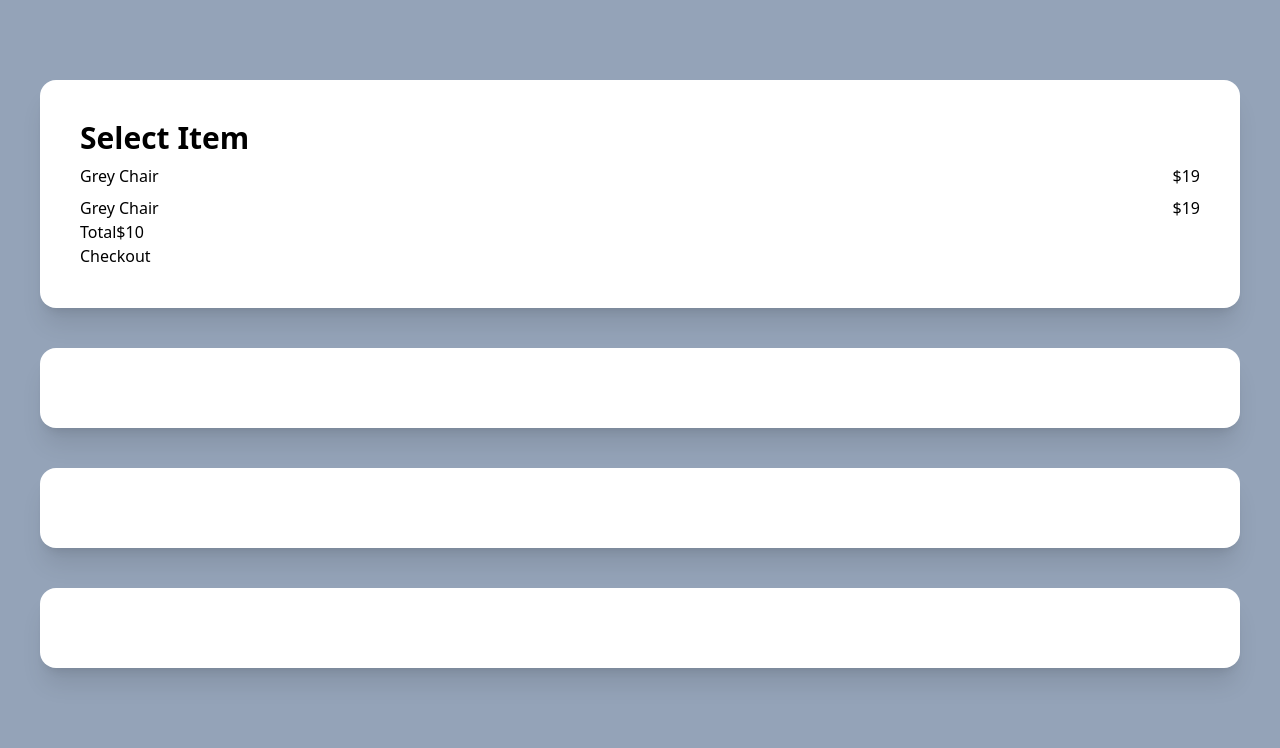
Repository: pjk0007/nextjs-carrot-marcket
Page: /
These files come from the project's save history. The page is drawn as it stood at one moment and after the next save; the edit follows.
The browser window is 1280 px wide. The pictures show the whole page.
The project was rebuilt for these pictures with package versions that can differ from the ones it lists, and the page was loaded fresh each time. The framework's server and built-in components were replaced by stand-ins that run in the browser. Also part of the build but not shown: next.config.js.

Above is the page before, as saved 2022-04-30 12:58:24.

### pages/index.tsx
import type { NextPage } from 'next'
const Home: NextPage = () => {
  return (
    <div className='bg-slate-400 py-20 px-10 grid gap-10'>
      <div className='bg-white p-10 rounded-2xl shadow-xl'>
        <span className='font-semibold text-3xl'>Select Item</span>
        <div className='flex justify-between my-2'>
          <span text-grey-500>Grey Chair</span>
          <span>$19</span>
        </div>
        <div className='flex justify-between'>
          <span text-grey-500>Grey Chair</span>
          <span>$19</span>
        </div>
        <div>
          <span>Total</span>
          <span>$10</span>
        </div>
        <div>Checkout</div>
      </div>
      <div className='bg-white p-10 rounded-2xl shadow-xl'></div>
      <div className='bg-white p-10 rounded-2xl shadow-xl'></div>
      <div className='bg-white p-10 rounded-2xl shadow-xl'></div>
    </div>
  );
}

export default Home

### tailwind.config.js
module.exports = {
  content: [
    "./pages/**/*.{js,jsx,ts,tsx}",
    "./components/**/*.{js,jsx,ts,tsx}"
  ],
  theme: {
    extend: {},
  },
  plugins: [],
}

Loaded but not shown: pages/_app.tsx (common file); styles/globals.css (common file)

After the next save:
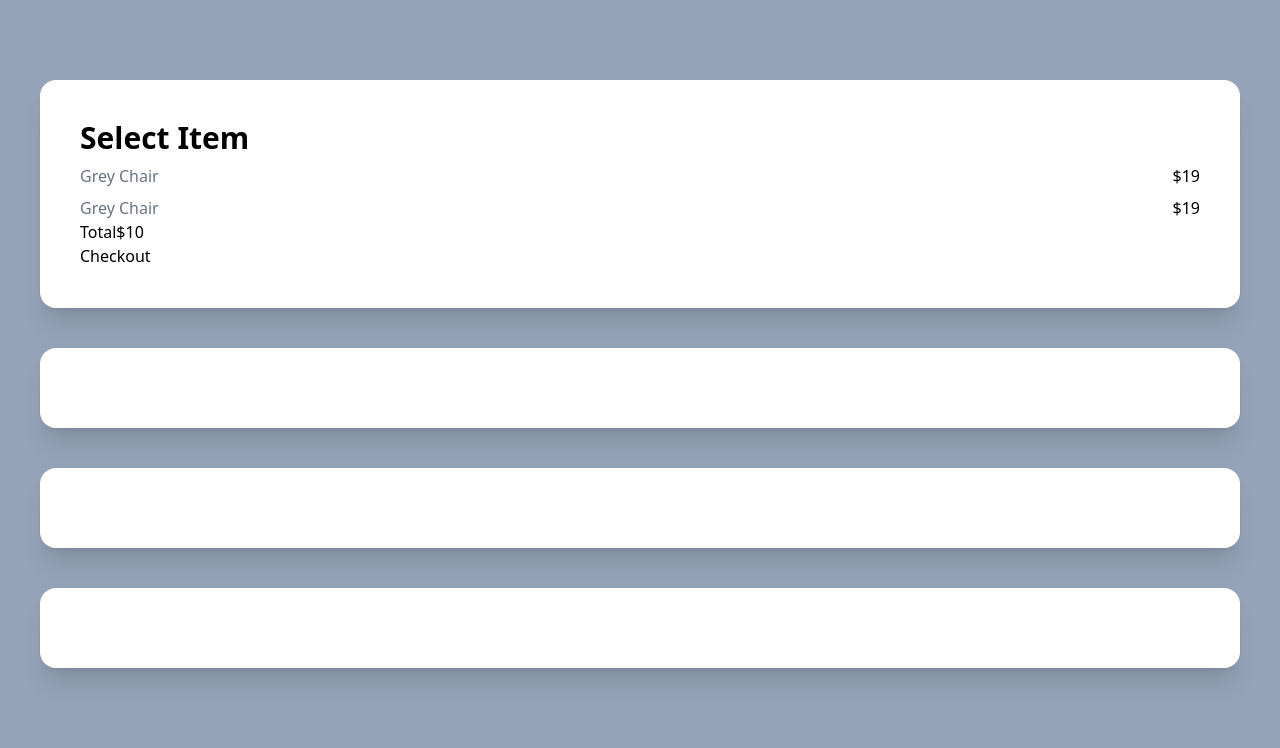
Saved 22 s later.
--- a/pages/index.tsx
+++ b/pages/index.tsx
@@ -5,11 +5,11 @@ const Home: NextPage = () => {
       <div className='bg-white p-10 rounded-2xl shadow-xl'>
         <span className='font-semibold text-3xl'>Select Item</span>
         <div className='flex justify-between my-2'>
-          <span text-grey-500>Grey Chair</span>
+          <span className='text-gray-500'>Grey Chair</span>
           <span>$19</span>
         </div>
         <div className='flex justify-between'>
-          <span text-grey-500>Grey Chair</span>
+          <span className='text-gray-500'>Grey Chair</span>
           <span>$19</span>
         </div>
         <div>
